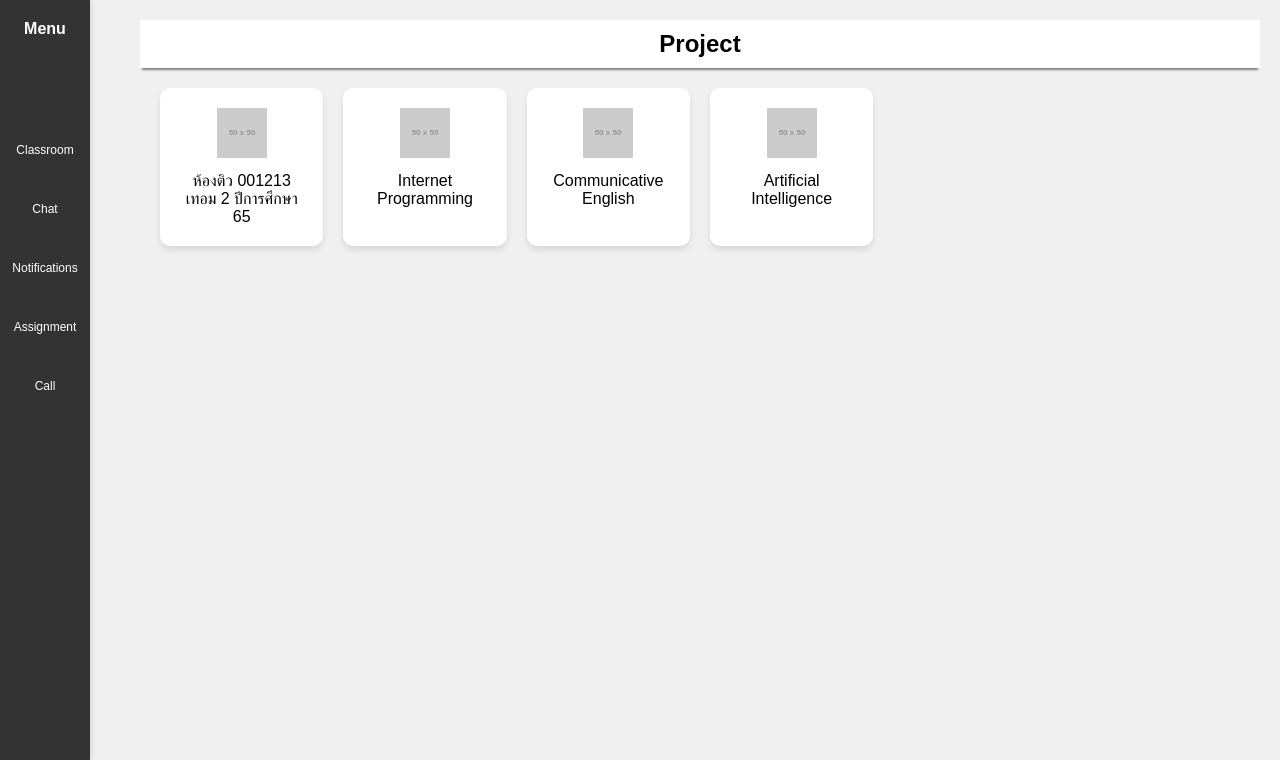
Repository: praifas16/ProPro
Page: docs/studenthead.html
These files come from the project's save history. The page is drawn as it stood at one moment and after the next save; the edit follows.
The browser window is 1280 px wide. The pictures show the whole page.

Above is the page before, as saved 2024-08-21 20:07:08.

### docs/studenthead.html
<!DOCTYPE html>
<html lang="th">
<head>
    <meta charset="UTF-8">
    <meta name="viewport" content="width=device-width, initial-scale=1.0">
    <title>My Dashboard</title>
    <style>
        body {
            font-family: Arial, sans-serif;
            margin: 0;
            padding: 0;
            background-color: #f0f0f0;
            display: flex;
        }

        /* เมนูแถบข้าง */
        .sidebar {
            width: 70px;
            background-color: #333;
            color: white;
            height: 100vh;
            padding: 20px 10px;
            box-shadow: 2px 0 5px rgba(0, 0, 0, 0.1);
            display: flex;
            flex-direction: column;
            align-items: center;
        }

        .menu-header {
            margin-bottom: 40px; /* ปรับระยะห่าง */
            font-size: 16px;
            font-weight: bold;
        }

        .menu-items {
            margin-top: 50px; /* เพิ่มระยะห่างด้านบน เพื่อให้ตรงกับบ็อกสี่เหลี่ยม */
        }

        .sidebar a {
            display: flex;
            flex-direction: column;
            align-items: center;
            color: white;
            padding: 10px;
            text-decoration: none;
            margin-bottom: 20px;
            font-size: 12px;
            text-align: center;
        }

        .sidebar a:hover {
            background-color: #575757;
            border-radius: 4px;
            width: 100%;
            text-align: center;
        }

        .sidebar i {
            font-size: 24px;
            margin-bottom: 5px;
        }

        /* โครงสร้างหน้าเว็บหลัก */
        .main-content {
            flex-grow: 1;
            padding: 20px 20px 20px 50px; /* เพิ่ม padding ด้านซ้ายเพื่อให้เนื้อหาหลักอยู่ในระนาบเดียวกัน */
        }

        header {
            background-color: #ffffff;
            padding: 10px;
            text-align: center;
            box-shadow: 0px 4px 2px -2px gray;
        }

        h1 {
            margin: 0;
            font-size: 24px;
        }

        .container {
            display: grid;
            grid-template-columns: repeat(auto-fill, minmax(150px, 1fr));
            gap: 20px;
            padding: 20px;
        }

        .card {
            background-color: #ffffff;
            border-radius: 10px;
            box-shadow: 0 4px 6px rgba(0, 0, 0, 0.1);
            text-align: center;
            padding: 20px;
            transition: transform 0.3s;
        }

        .card:hover {
            transform: scale(1.05);
        }

        .card img {
            width: 50px;
            height: 50px;
            margin-bottom: 10px;
        }

        .card p {
            margin: 0;
            font-size: 16px;
        }
    </style>
</head>
<body>
    <!-- เมนูแถบข้าง -->
    <div class="sidebar">
        <div class="menu-header">Menu</div>
        <div class="menu-items">
            <a href="#"><i class="fa fa-home"></i><span>Classroom</span></a>
            <a href="#"><i class="fa fa-users"></i><span>Chat</span></a>
            <a href="#"><i class="fa fa-notificat"></i><span>Notifications</span></a>
            <a href="#"><i class="fa fa-assign"></i><span>Assignment</span></a>
            <a href="#"><i class="fa fa-phone"></i><span>Call</span></a>
        </div>
    </div>

    <!-- เนื้อหาหลัก -->
    <div class="main-content">
        <header>
            <h1>Project</h1>
        </header>
        <div class="container">
            <div class="card">
                <img src="https://via.placeholder.com/50" alt="icon">
                <p>ห้องติว 001213 เทอม 2 ปีการศึกษา 65</p>
            </div>
            <div class="card">
                <img src="https://via.placeholder.com/50" alt="icon">
                <p>Internet Programming</p>
            </div>
            <div class="card">
                <img src="https://via.placeholder.com/50" alt="icon">
                <p>Communicative English</p>
            </div>
            <div class="card">
                <img src="https://via.placeholder.com/50" alt="icon">
                <p>Artificial Intelligence</p>
            </div>
            <!-- เพิ่มเติม Card อื่น ๆ ตามต้องการ -->
        </div>
    </div>
</body>
</html>

After the next save:
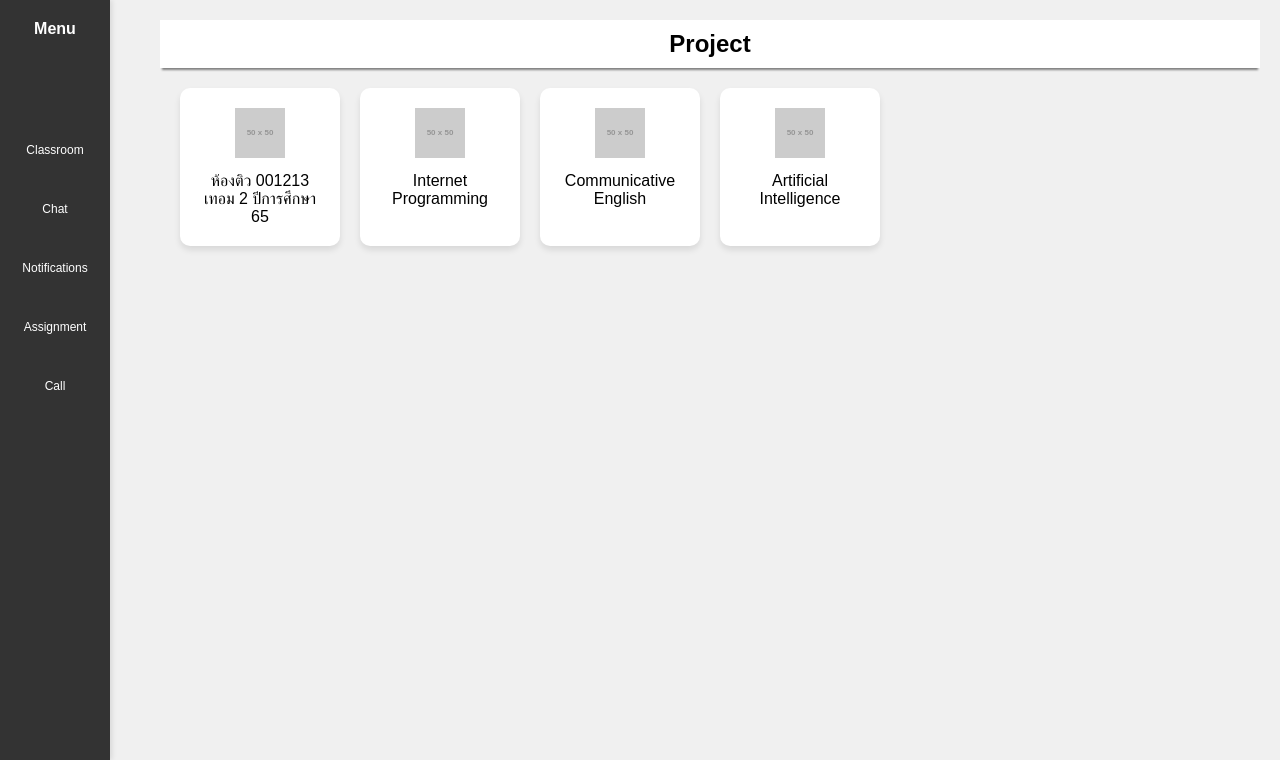
Saved 11 s later.
--- a/docs/studenthead.html
+++ b/docs/studenthead.html
@@ -19,7 +19,7 @@
             background-color: #333;
             color: white;
             height: 100vh;
-            padding: 20px 10px;
+            padding: 20px 20px;
             box-shadow: 2px 0 5px rgba(0, 0, 0, 0.1);
             display: flex;
             flex-direction: column;
